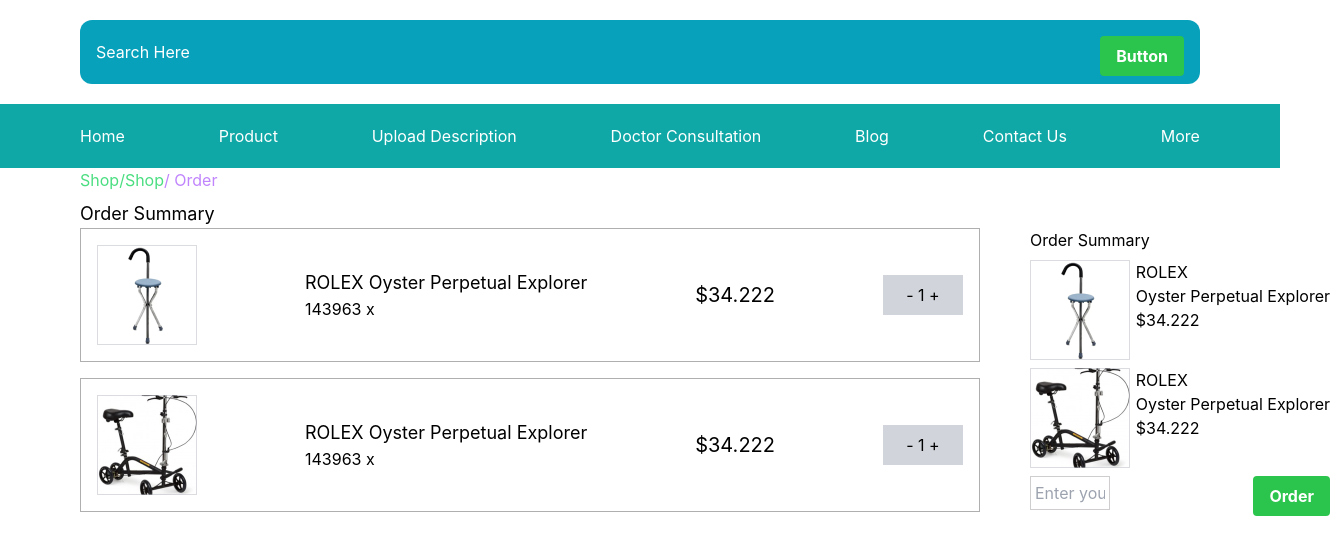
Repository: arafatmollah/pharma
Page: /
These files come from the project's save history. The page is drawn as it stood at one moment and after a run of saves; the edit follows.
The browser window is 1280 px wide. The page is 1330 px wide, so the pictures cover 1330 px, including what lies to the right of the window. The pictures show the whole page.
The project was rebuilt for these pictures with package versions that can differ from the ones it lists, and the page was loaded fresh each time.

Above is the page before, as saved 2023-03-12 22:18:39.

### src/App.js

import './App.css';
import Nav from './Nav';
import Order from './Order';

function App() {
  return (
    <div className="App">
      <Nav></Nav>
      <Order></Order>
    </div>
  );
}

export default App;

### src/App.css
.box-border{
    background-color: #08A1BC;
}
.btn {
    @apply font-bold py-2 px-4 rounded;
    background-color: #2BC44C;
    color: white;
  }
  .btn-blue {
    @apply bg-blue-500 text-white;
  }
  .btn-blue:hover {
    @apply bg-blue-700;
  }
.nav{
    background-color: #0FA8A6;
}
.order{
    border: 1px solid rgb(175, 175, 175);
    border: 100%;
}
.list{
  display: grid;
  grid-template-columns: 900px 300px;
  grid-gap: 50px;
}
.form{
  border: 1px solid rgb(207, 205, 205);
  padding: 4px;
}

### src/Nav.js
import React from 'react'
import './App.css';

function Nav() {
  return (
    <div>
        <div className='box-border h-16 w-100 p-4 mx-20 my-5 rounded-xl'>
          <div className='flex justify-between align-middle'>
                <p className='text-white mt-1'>Search Here</p>
                <button class="btn mb-1"> Button</button>
          </div>
        </div>
        <div className='box-border h-16 w-100 nav'>
            <div className='flex mx-20 items-center justify-between text-white'>
            <div className='mt-5'>Home</div>
            <div className='mt-5'> Product</div>
            <div className='mt-5'>Upload Description</div>
            <div className='mt-5'>Doctor Consultation</div>
            <div className='mt-5'>Blog</div>
            <div className='mt-5'>Contact Us</div>
            <div className='mt-5'>More</div>
            </div>
        </div>
    </div>
  )
}

export default Nav

### src/Order.js
import React from 'react'
import img from './images/img.png'
import im from './images/im.png'

function order() {
  return (
    <div>
        <div className='flex mx-20'>
            <p className='text-green-400'>Shop</p>
            <p className='text-green-400'>/Shop</p>
            <p className='text-purple-400'>/ Order</p>
        </div>
        <div className='mt-2 mx-20'>
          <h3 className='text-lg'>Order Summary</h3>
        </div>
        <div className='mx-20 list'>
          <div>
          <div className='flex border-box p-4 w-100 order justify-center items-center justify-between'>
            <div>
              <img src={img}></img>
            </div>
            <div>
              <h1 className='text-lg'>ROLEX Oyster Perpetual Explorer</h1>
              <p>143963 x</p>
            </div>
            <div>
              <h3 className='text-xl'>$34.222</h3>
            </div>
            <div className='bg-gray-300 h-10 w-20 flex justify-center items-center'>
                - 1 +
              </div>
          </div>
          <div className='flex border-box p-4 order mt-4 justify-between justify-center items-center'>
            <div>
              <img src={im}></img>
            </div>
            <div>
              <h1 className='text-lg'>ROLEX Oyster Perpetual Explorer</h1>
              <p>143963 x</p>
            </div>
            <div>
              <h3 className='text-xl'>$34.222</h3>
            </div>
            <div>
              <div className='bg-gray-300 h-10 w-20 flex justify-center items-center'>
                - 1 +
              </div>
            </div>
          </div>
          </div>
          <div>
            Order Summary
          <div className='flex justify-between my-2'>
            <img src={img}></img>
            <div>
              <p>ROLEX</p>
              <h3>Oyster Perpetual Explorer</h3>
              <p>$34.222</p>
            </div>
          </div>
          <div className='flex justify-between my-2'>
            <img src={im}></img>
            <div>
              <p>ROLEX</p>
              <h3>Oyster Perpetual Explorer</h3>
              <p>$34.222</p>
            </div>
          </div>
          <div className='flex justify-between'>
            <form>
              <input type={Text} className="form w-20" placeholder="Enter your name"></input>
            </form>
            <button className='btn'>Order</button>
          </div>
        </div>
        </div>

    </div>
  )
}

export default order

Loaded but not shown: public/index.html (common file); src/index.js (common file); src/index.css (common file); src/reportWebVitals.js (common file); tailwind.config.js (common file)

After the next 2 saves:
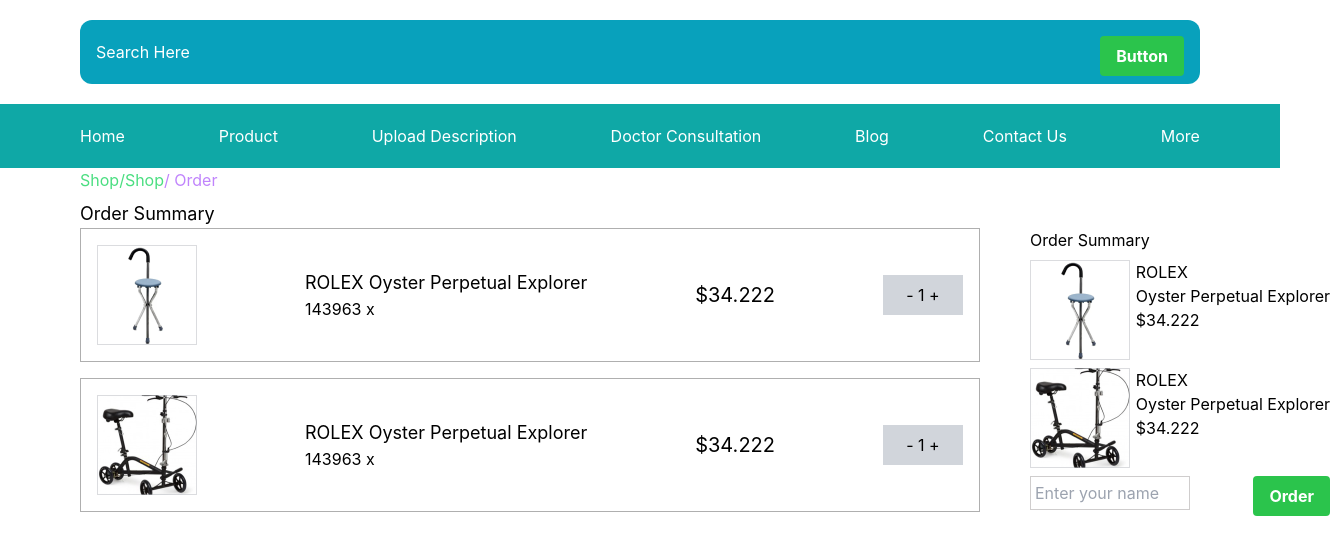
The 2 saves are shown as one change because they came seconds apart.
The last was saved 7 s later.
--- a/src/Order.js
+++ b/src/Order.js
@@ -68,7 +68,7 @@ function order() {
           </div>
           <div className='flex justify-between'>
             <form>
-              <input type={Text} className="form w-20" placeholder="Enter your name"></input>
+              <input type={Text} className="form w-40" placeholder="Enter your name"></input>
             </form>
             <button className='btn'>Order</button>
           </div>
